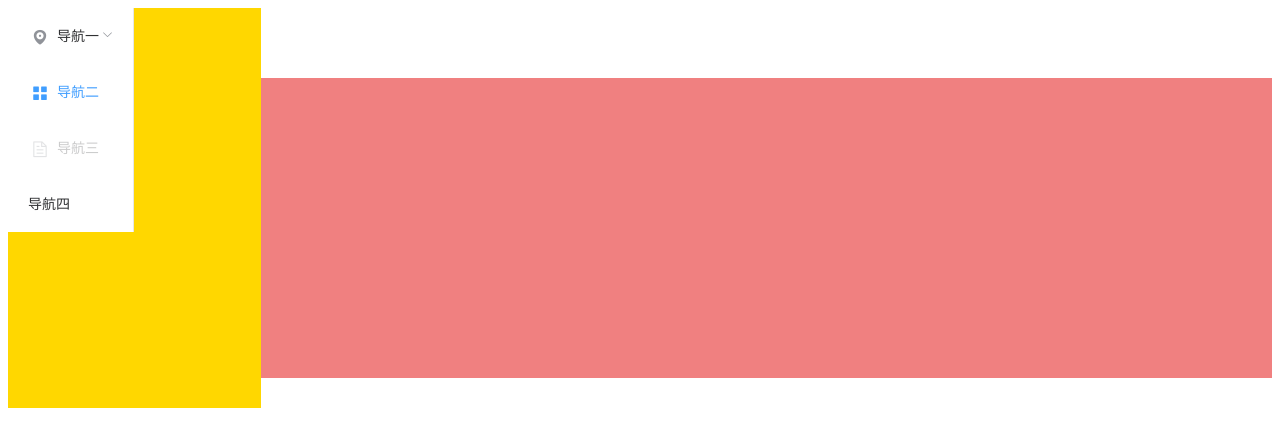
Repository: he-ming-de/vue-back
Page: /
An editor plug-in stored every save of this project. The page is shown before and after the next save, followed by the edit.
The browser window is 1280 px wide. The pictures show the whole page.
The page's requests for data from a server got no answer. The project was rebuilt for these pictures with package versions that can differ from the ones it lists, and the page was loaded fresh each time. No one was signed in, and anything a server would have sent is missing.

Above is the page before, as saved 2020-08-27 15:49:53.

After the next save:
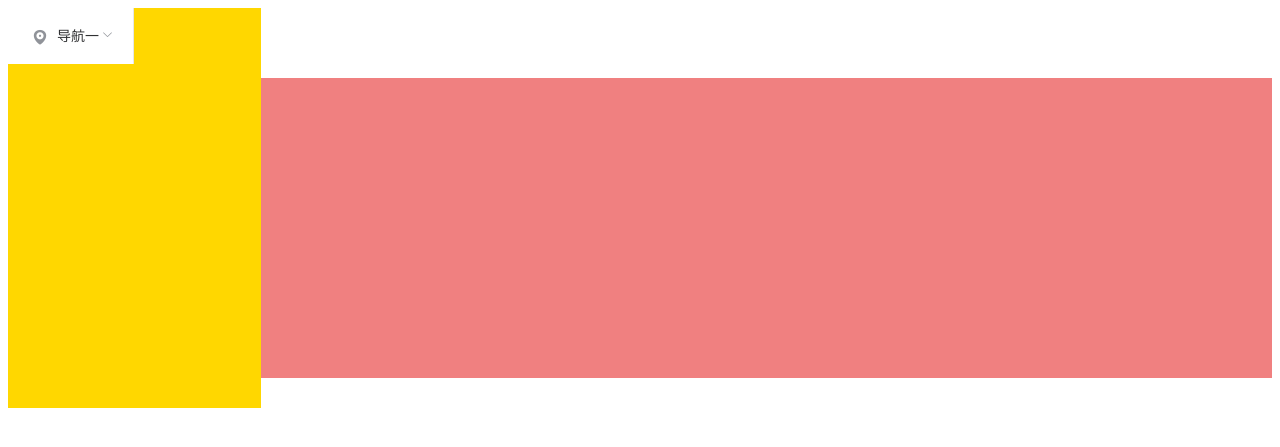
Saved 22 s later.
--- a/src/views/Home.vue
+++ b/src/views/Home.vue
@@ -27,17 +27,6 @@
                 <el-menu-item index="1-4-1">选项1</el-menu-item>
               </el-submenu>
             </el-submenu>
-            <el-menu-item index="2">
-              <i class="el-icon-menu"></i>
-              <span slot="title">导航二</span>
-            </el-menu-item>
-            <el-menu-item index="3" disabled>
-              <i class="el-icon-document"></i>
-              <span slot="title">导航三</span>
-            </el-menu-item>
-            <el-menu-item index="4">
-              <span slot="title">导航四</span>
-            </el-menu-item>
           </el-menu>
         </el-col>
       </el-row>
